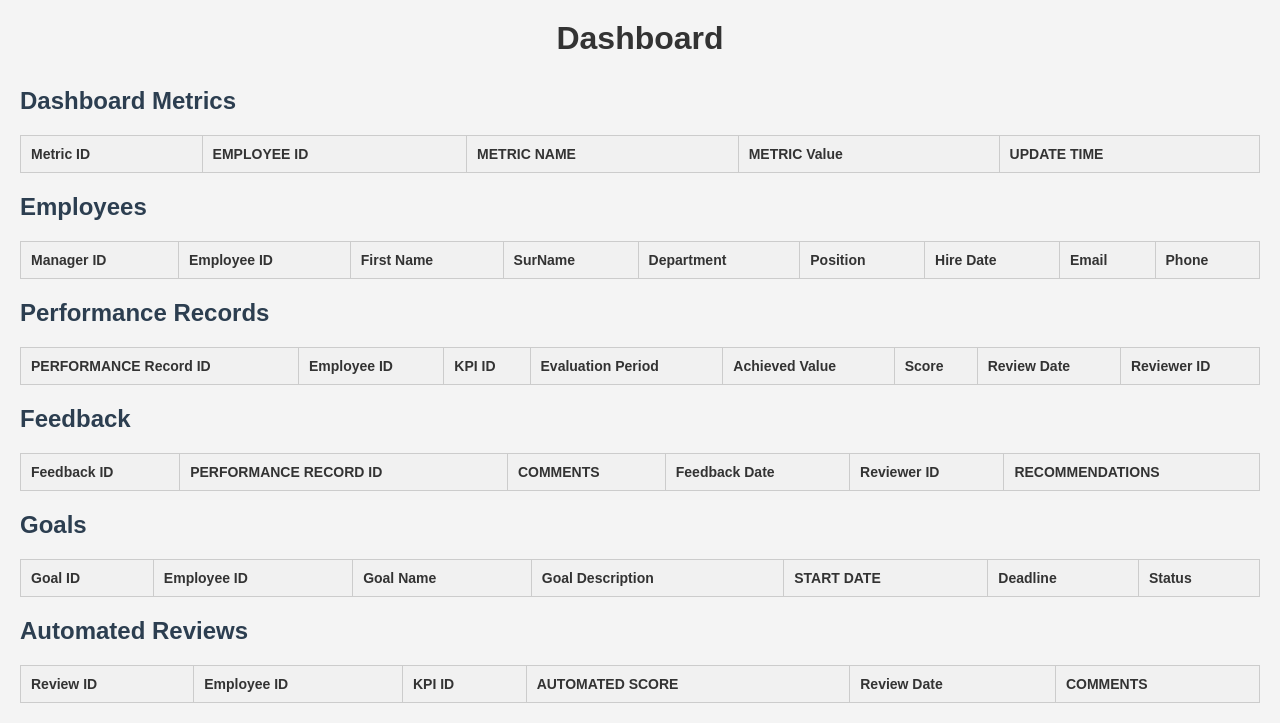
Repository: Wuda2000/Mongodb
Page: http://localhost/dashboard
These files come from the project's save history. The page is drawn as it stood at one moment and after the next save; the edit follows.
The browser window is 1280 px wide. The pictures show the whole page.
The page is served by the project's application, run on Flask 3 (app.py). Queries for data that is not in the repository find no rows.

Above is the page before, as saved 2024-11-11 19:01:35.

After the next save:
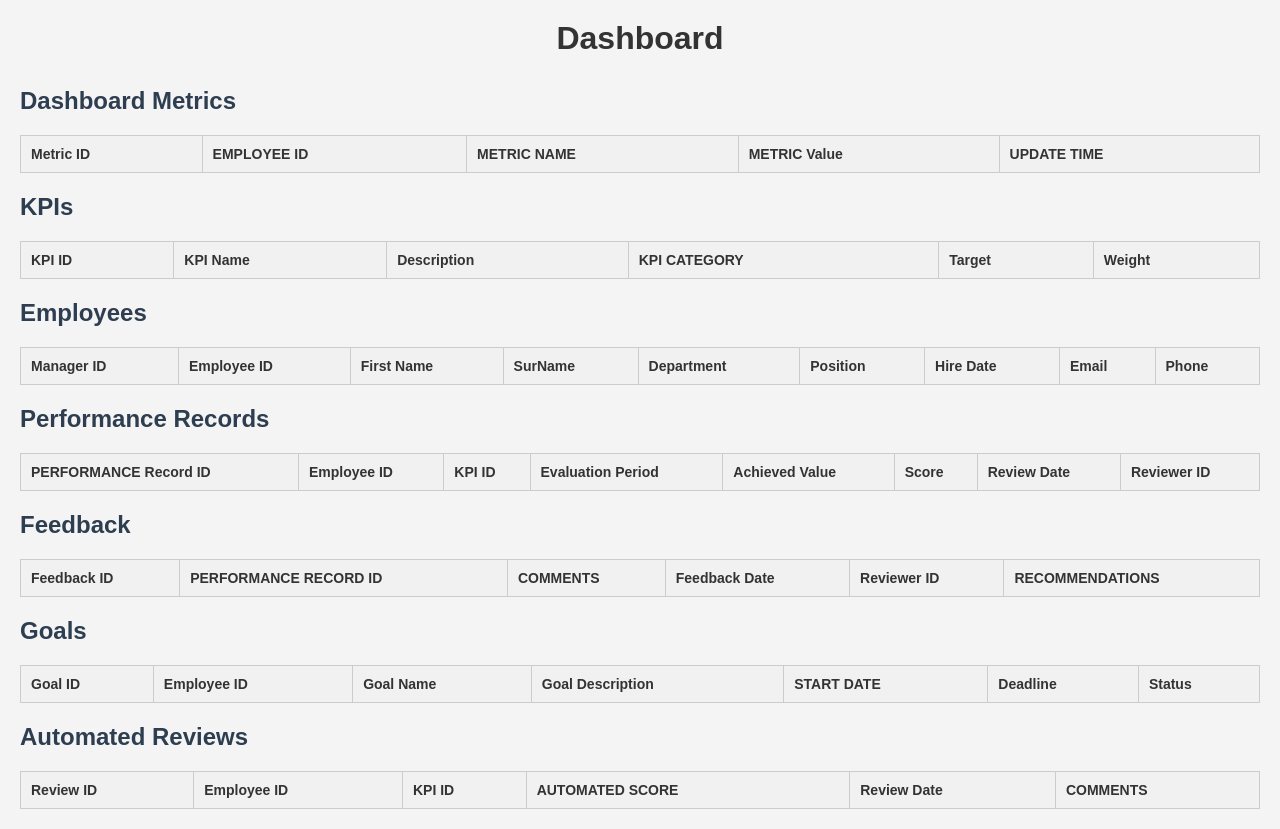
Saved 8 s later.
--- a/templates/dashboard.html
+++ b/templates/dashboard.html
@@ -35,6 +35,34 @@
         </tbody>
     </table>
 
+     <!-- KPIs Table -->
+     <h2>KPIs</h2>
+     <table border="1">
+         <thead>
+             <tr>
+                 <th>KPI ID</th>
+                 <th>KPI Name</th>
+                 <th>Description</th>
+                 <th>KPI CATEGORY</th>
+                 <th>Target</th>
+                 <th>Weight</th>
+             </tr>
+         </thead>
+         <tbody>
+             {% for kpi in kpis %}
+                 <tr>
+                     <td>{{ kpi['kpi_id'] }}</td>
+                     <td>{{ kpi['kpi_name'] }}</td>
+                     <td>{{ kpi['description'] }}</td>
+                     <td>{{ kpi['kpi_category'] }}</td>
+                     <td>{{ kpi['target_value'] }}</td>
+                     <td>{{ kpi['weight'] }}</td>
+                 </tr>
+             {% endfor %}
+         </tbody>
+     </table>
+
+
     <!-- Employees Table -->
     <h2>Employees</h2>
     <table border="1">
